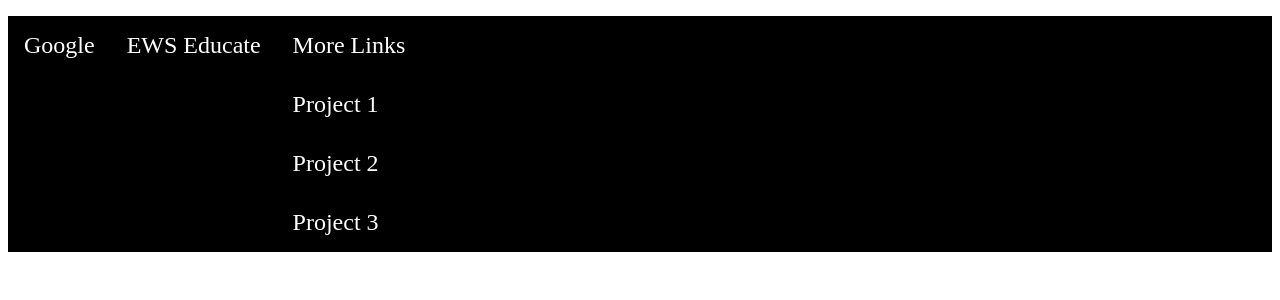
Repository: GiangNguyen2805/GiangNguyen2805.github.io
Page: index.html
The author's editor kept a record of every edit. The page is drawn from the files as they stood at one moment, then again after the next edit.
The browser window is 1280 px wide. The pictures show the whole page.

Above is the page before.

After the next edit:
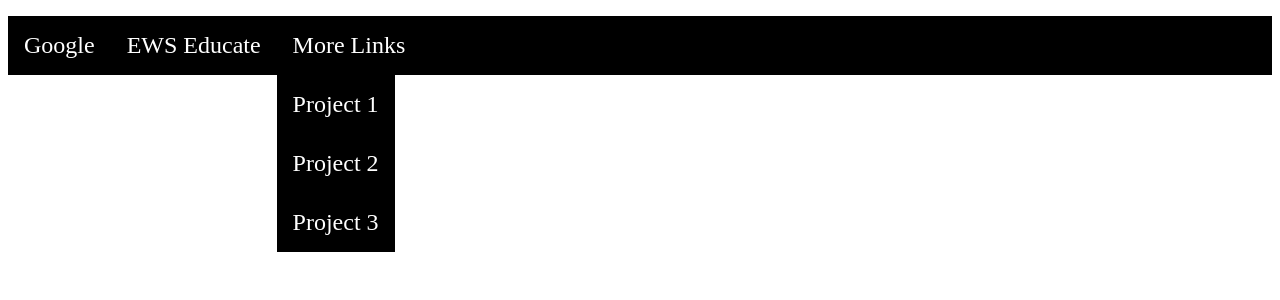
The edit:
--- a/index.html
+++ b/index.html
@@ -26,6 +26,9 @@
        list-style: none;
        padding: 0;
        display: none;
+       position: absolute;
+       z-index: 1;
+       background-color: black
    }
    .dropdown-content li{
        float: none;
